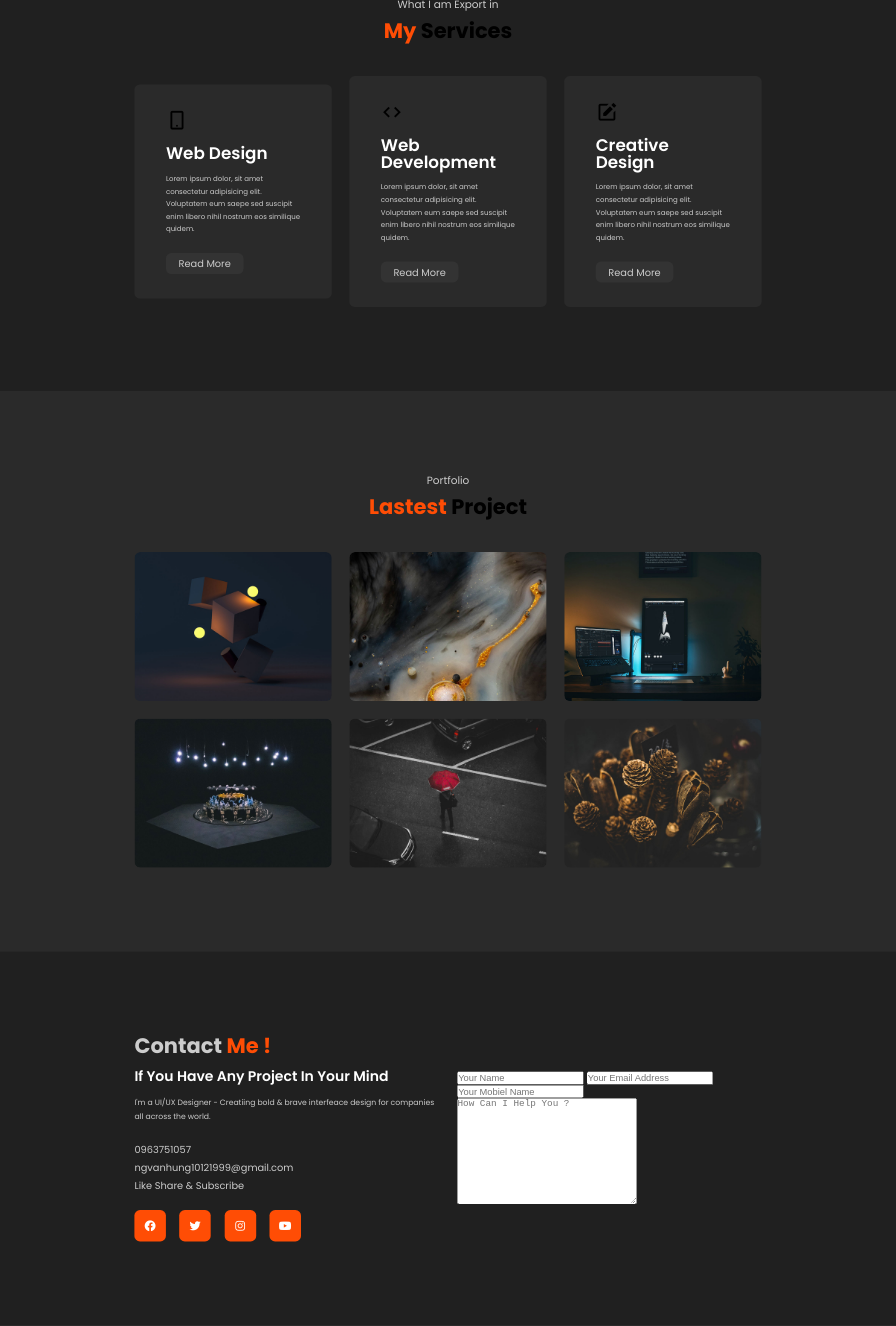
Repository: HungNg99/Protifolio2
Page: Portfolio/index.html
The author's editor kept a copy of each file at every save. The page is drawn from the files as they stood at one save, then again after the next save.
The browser window is 1280 px wide. The pictures show the part of the page from y = 1751 to 3671 px (the page is 3645 px tall before and 3671 px after), at 70% of full size.

Above is the page before, as saved 2022-12-12 15:54:17.

After the next save:
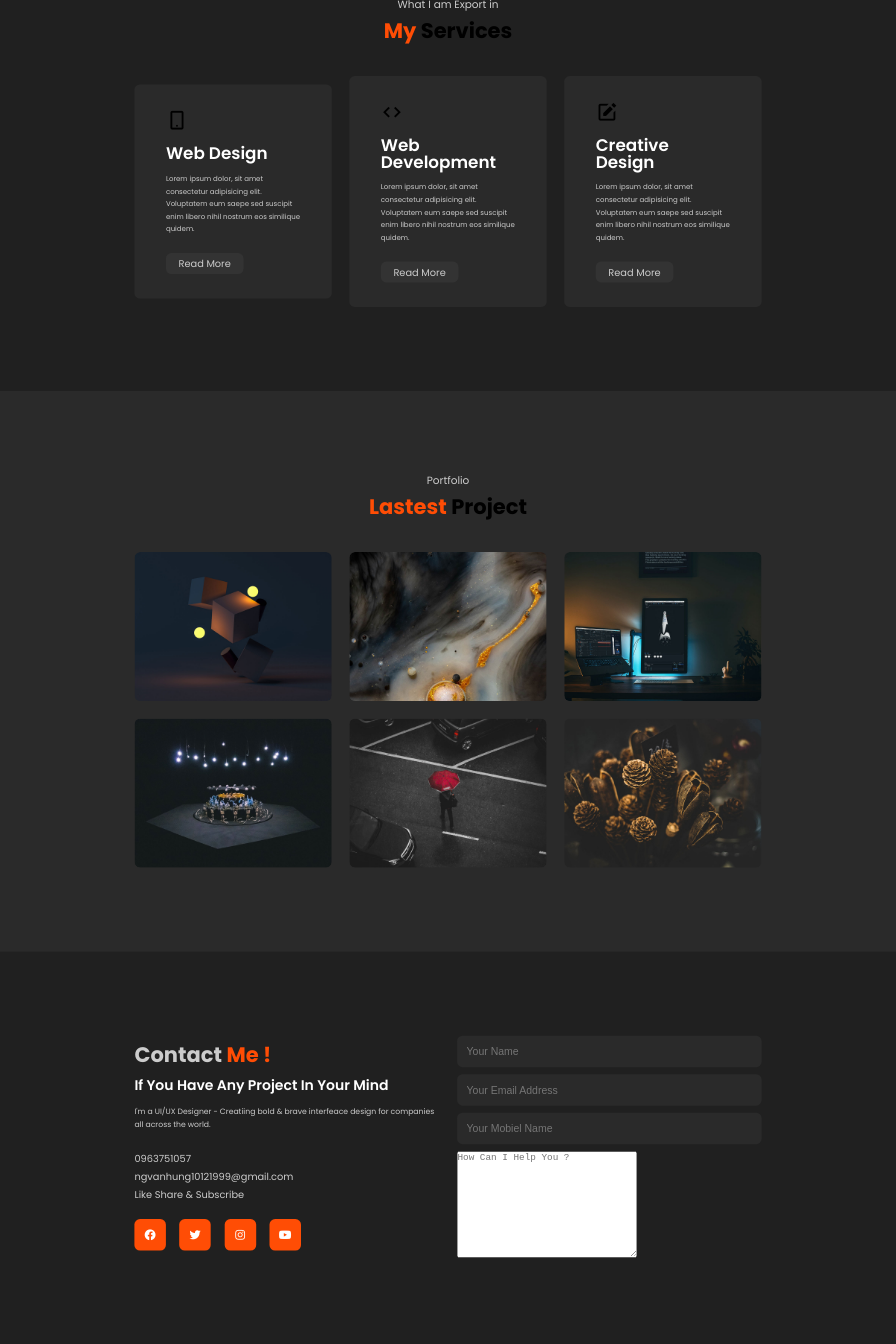
Saved 4 min 13 s later.
--- a/Portfolio/style.css
+++ b/Portfolio/style.css
@@ -403,3 +403,14 @@ header.sticky{
     background-color: var(--text-color);
     color: var(--main-color);
 }
+.contact-form form input{
+    width: 100%;
+    padding: 14px;
+    background: var(--bg-color);
+    color: var(--text-color);
+    border: none;
+    outline: none;
+    font-size: 15px;
+    border-radius: 8px;
+    margin-bottom: 10px;
+}
